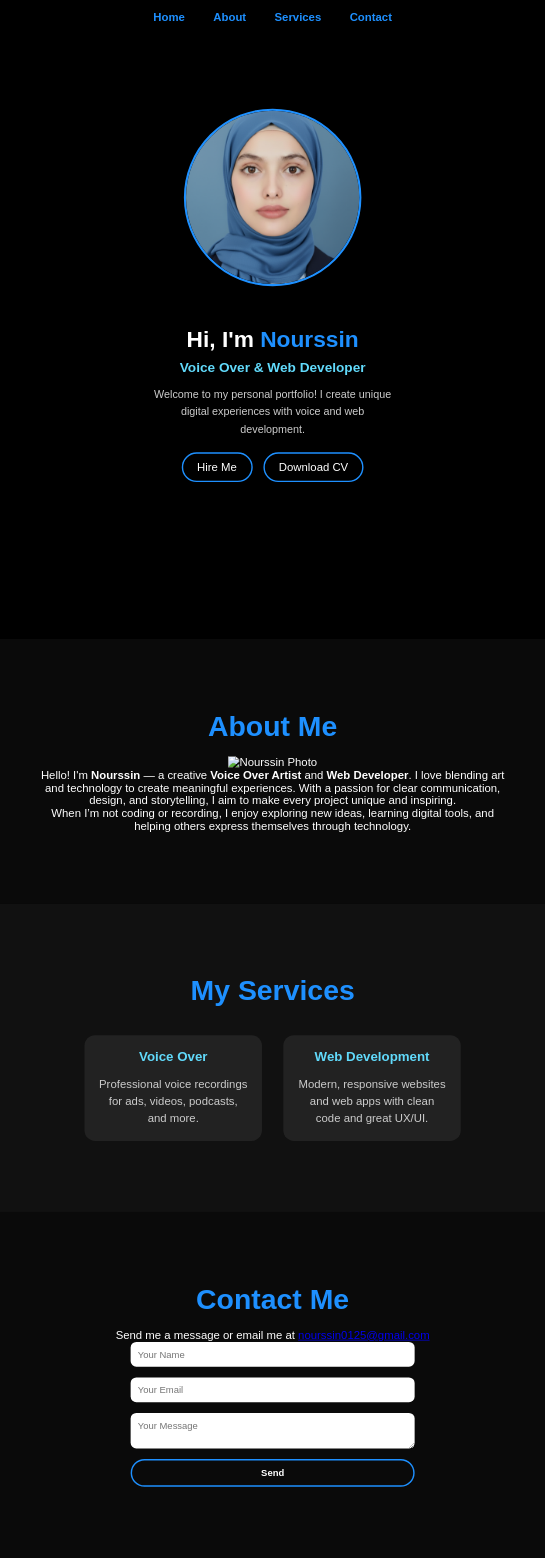
Repository: Abidar-Noura/portfolio
Page: index.html
The author's editor kept a copy of each file at every save. The page is drawn from the files as they stood at one save, then again after the next save.
The browser window is 768 px wide. The pictures show the whole page, at 71% of full size.

Above is the page before, as saved 2025-11-02 11:44:40.
Not found: images/nourssin-about.jpg

### index.html
<!DOCTYPE html>
<html lang="en">
<head>
  <meta charset="UTF-8">
  <meta name="viewport" content="width=device-width, initial-scale=1.0">
  <title>Portfolio - Nourssin</title>
  <link rel="stylesheet" href="style.css">
</head>
<body>

  <!-- ===== HEADER / NAVIGATION ===== -->
  <header>
    <nav>
      <ul>
        <li><a href="#home">Home</a></li>
        <li><a href="#about">About</a></li>
        <li><a href="#services">Services</a></li>
        <li><a href="#contact">Contact</a></li>
      </ul>
    </nav>
  </header>

  <!-- ===== HOME SECTION ===== -->
  <section class="home" id="home">
    <div class="home-content">
      <h1>Hi, I'm <span>Nourssin</span></h1>
      <h2>Voice Over & Web Developer</h2>
      <p>Welcome to my personal portfolio! I create unique digital experiences with voice and web development.</p>
      <div class="buttons">
        <a href="#contact" class="btn hire">Hire Me</a>
        <a href="Nourssin_CV.pdf" class="btn cv">Download CV</a>
      </div>
    </div>
    <div class="home-img">
      <img src="images/profile.png" alt="Nourssin Profile">
    </div>
  </section>

  <!-- ===== ABOUT SECTION ===== -->
 <section id="about" class="about">
  <h2>About Me</h2>
  <div class="about-content">
    <div class="about-img">
      <img src="images/nourssin-about.jpg" alt="Nourssin Photo">
    </div>

    <div class="about-text">
      <p>
        Hello! I'm <strong>Nourssin</strong> — a creative <strong>Voice Over Artist</strong> and <strong>Web Developer</strong>.
        I love blending art and technology to create meaningful experiences.
        With a passion for clear communication, design, and storytelling,
        I aim to make every project unique and inspiring.
      </p>
      <p>
        When I’m not coding or recording, I enjoy exploring new ideas,
        learning digital tools, and helping others express themselves through technology.
      </p>
    </div>
  </div>
</section>



  <!-- ===== SERVICES SECTION ===== -->
  <section class="services" id="services">
    <h2>My Services</h2>
    <div class="service-cards">
      <div class="card">
        <h3>Voice Over</h3>
        <p>Professional voice recordings for ads, videos, podcasts, and more.</p>
      </div>
      <div class="card">
        <h3>Web Development</h3>
        <p>Modern, responsive websites and web apps with clean code and great UX/UI.</p>
      </div>

    </div>
  </section>

  <!-- ===== CONTACT SECTION ===== -->
  <section class="contact" id="contact">
    <h2>Contact Me</h2>
    <p>Send me a message or email me at <a href="mailto:nourssin0125@gmail.com">nourssin0125@gmail.com</a></p>
    <form>
      <input type="text" placeholder="Your Name" required>
      <input type="email" placeholder="Your Email" required>
      <textarea placeholder="Your Message" required></textarea>
      <button type="submit">Send</button>
    </form>
  </section>

</body>
</html>

### style.css
/* ===== RESET ===== */
* {
  margin: 0;
  padding: 0;
  box-sizing: border-box;
  font-family: 'Poppins', sans-serif;
}

/* ===== BODY ===== */
body {
  background-color: #000;
  color: #fff;
  scroll-behavior: smooth;
}

/* ===== HEADER ===== */
header {
  position: fixed;
  top: 0;
  width: 100%;
  background-color: #000;
  z-index: 1000;
  padding: 15px 0;
}

header nav ul {
  display: flex;
  justify-content: center;
  list-style: none;
  gap: 40px;
}

header nav ul li a {
  text-decoration: none;
  color: #1E90FF;
  font-weight: bold;
  transition: 0.3s;
}

header nav ul li a:hover {
  color: #61dafb;
}

/* ===== HOME SECTION ===== */
.home {
  display: flex;
  flex-wrap: wrap;
  justify-content: flex-start;
  align-items: center;
  padding: 140px 50px;
  gap: 20px;
}

.home-content {
  max-width: 350px;
  flex: 1 1 300px;
}

.home-content h1 {
  font-size: 2.8rem;
  margin-bottom: 10px;
}

.home-content h1 span {
  color: #1E90FF;
}

.home-content h2 {
  color: #61dafb;
  font-size: 1.5rem;
  margin-bottom: 15px;
}

.home-content p {
  color: #ccc;
  margin-bottom: 20px;
  line-height: 1.6;
}

.buttons {
  display: flex;
  gap: 15px;
}

.btn {
  text-decoration: none;
  color: white;
  padding: 10px 20px;
  border: 2px solid #1E90FF;
  border-radius: 25px;
  transition: 0.3s;
}

.btn:hover {
  background-color: #1E90FF;
  color: black;
}

.home-img {
  flex: 1 1 300px;
  display: flex;
  justify-content: center;
  align-items: center;
}

.home-img img {
  width: 300px;
  height: 300px;
  border-radius: 50%;
  border: 3px solid #1E90FF;
  object-fit: cover;
  transition: transform 0.3s ease;
}

.home-img img:hover {
  transform: scale(1.05) rotate(2deg);
}

/* ===== Fade In Animation ===== */
.home-content h1, .home-content h2, .home-content p {
  opacity: 0;
  transform: translateY(20px);
  animation: fadeInUp 1s forwards;
}

.home-content h1 { animation-delay: 0.2s; }
.home-content h2 { animation-delay: 0.5s; }
.home-content p  { animation-delay: 0.8s; }

@keyframes fadeInUp {
  to {
    opacity: 1;
    transform: translateY(0);
  }
}

/* ===== ABOUT SECTION ===== */
.about {
  padding: 100px 50px;
  background-color: #0a0a0a;
  color: #fff;
  text-align: center;
}

.about h2 {
  color: #1E90FF;
  margin-bottom: 20px;
  font-size: 2.5rem;
}

/* ===== SERVICES SECTION ===== */
.services {
  padding: 100px 50px;
  background-color: #111;
  color: #fff;
  text-align: center;
}

.services h2 {
  color: #1E90FF;
  margin-bottom: 40px;
  font-size: 2.5rem;
}

.service-cards {
  display: flex;
  flex-wrap: wrap;
  gap: 30px;
  justify-content: center;
}

.card {
  background-color: #222;
  padding: 20px;
  border-radius: 15px;
  width: 250px;
  transition: transform 0.3s, box-shadow 0.3s;
}

.card:hover {
  transform: translateY(-10px);
  box-shadow: 0 10px 20px rgba(30, 144, 255, 0.5);
}

.card h3 {
  color: #61dafb;
  margin-bottom: 15px;
}

.card p {
  color: #ccc;
  line-height: 1.5;
}

/* ===== CONTACT SECTION ===== */
.contact {
  padding: 100px 50px;
  background-color: #0a0a0a;
  color: #fff;
  text-align: center;
}

.contact h2 {
  color: #1E90FF;
  margin-bottom: 20px;
  font-size: 2.5rem;
}

.contact form {
  display: flex;
  flex-direction: column;
  gap: 15px;
  max-width: 400px;
  margin: 0 auto;
}

.contact input, .contact textarea {
  padding: 10px;
  border-radius: 8px;
  border: none;
}

.contact button {
  padding: 10px;
  border-radius: 25px;
  border: 2px solid #1E90FF;
  background-color: transparent;
  color: #fff;
  font-weight: bold;
  cursor: pointer;
  transition: 0.3s;
}

.contact button:hover {
  background-color: #1E90FF;
  color: black;
}

/* ===== Responsive (phones & tablets) ===== */
@media (max-width: 900px) {
  /* نخلي العناصر فوق بعضها */
  .home {
    flex-direction: column;
    text-align: center;
  }

  /* الصورة تطلع فوق */
  .home-img {
    order: 1;
  }

  /* النص ينزل تحت */
  .home-content {
    order: 2;
  }

  .home-img img {
    width: 250px;
    height: 250px;
    margin-bottom: 25px;
  }

  .home-content h1 {
    font-size: 2rem;
  }

  .home-content h2 {
    font-size: 1.2rem;
  }

  .home-content p {
    font-size: 0.95rem;
  }

  .buttons {
    justify-content: center;
  }
}

After the next save:
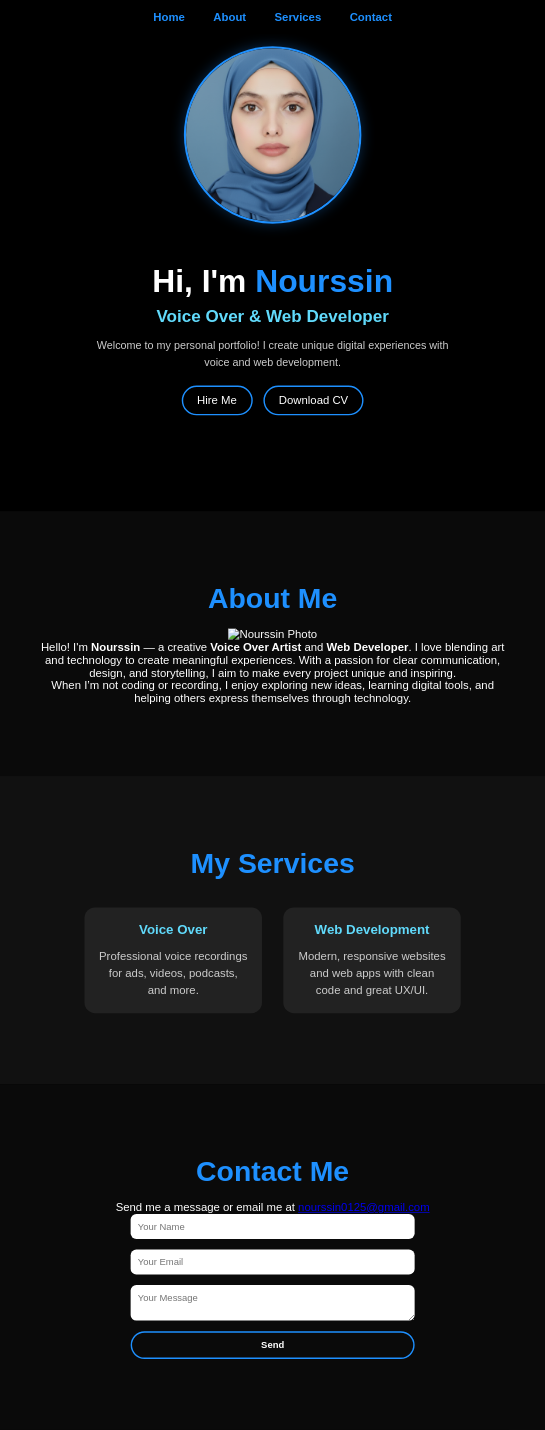
Saved 3 min 23 s later.
--- a/style.css
+++ b/style.css
@@ -276,3 +276,95 @@ header nav ul li a:hover {
     justify-content: center;
   }
 }
+/* ========== HOME SECTION ========== */
+.home {
+  display: flex;
+  align-items: center;
+  justify-content: space-between;
+  padding: 50px 10%;
+  background-color: #000;
+  color: #fff;
+  flex-wrap: wrap; /* باش يدير responsive */
+}
+
+/* النص */
+.home-content {
+  max-width: 500px;
+  order: 2; /* النص فاليمين */
+}
+
+.home-content h1 {
+  font-size: 2.8rem;
+  margin-bottom: 10px;
+}
+
+.home-content h1 span {
+  color: #1E90FF;
+}
+
+.home-content h2 {
+  color: #61dafb;
+  font-size: 1.5rem;
+  margin-bottom: 15px;
+}
+
+.home-content p {
+  color: #ccc;
+  margin-bottom: 20px;
+  line-height: 1.6;
+}
+
+.buttons {
+  display: flex;
+  gap: 15px;
+}
+
+.btn {
+  text-decoration: none;
+  color: white;
+  padding: 10px 20px;
+  border: 2px solid #1E90FF;
+  border-radius: 25px;
+  transition: 0.3s;
+}
+
+.btn:hover {
+  background-color: #1E90FF;
+  color: black;
+}
+
+/* الصورة فاليسار */
+.home-img {
+  order: 1;
+}
+
+.home-img img {
+  width: 320px;
+  height: 320px;
+  border-radius: 50%;
+  border: 3px solid #1E90FF;
+  object-fit: cover;
+  box-shadow: 0 0 20px rgba(30,144,255,0.3);
+}
+
+/* ===== Responsive ===== */
+@media (max-width: 900px) {
+  .home {
+    flex-direction: column;
+    text-align: center;
+  }
+
+  .home-content {
+    order: 2;
+  }
+
+  .home-img {
+    order: 1;
+  }
+
+  .home-img img {
+    width: 250px;
+    height: 250px;
+    margin-bottom: 20px;
+  }
+}
